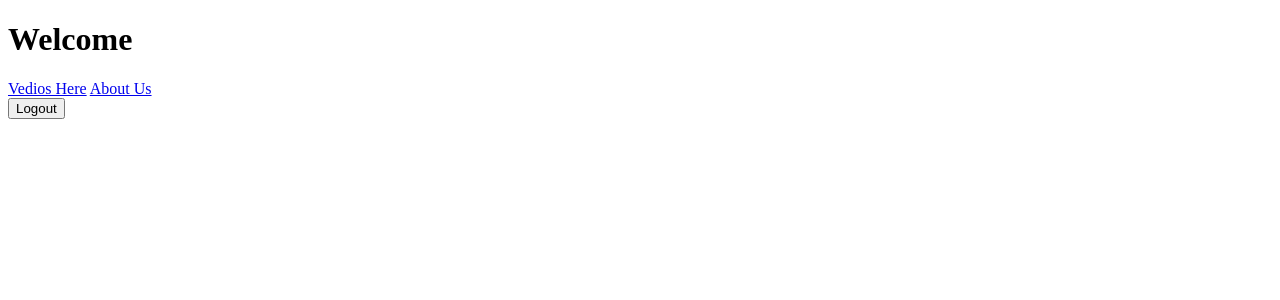
Repository: Kakarla-Manoj-Kumar/Login-Page
Page: http://localhost/Login/Welcome.jsp
An editor plug-in stored every save of this project. The page is shown before and after the next save, followed by the edit.
The browser window is 1280 px wide. The pictures show the whole page.
The page is served by Tomcat 10. The session is filled in as if someone had signed in: {"user": "testuser"}.

Above is the page before, as saved 2024-03-22 18:43:00.

After the next save:
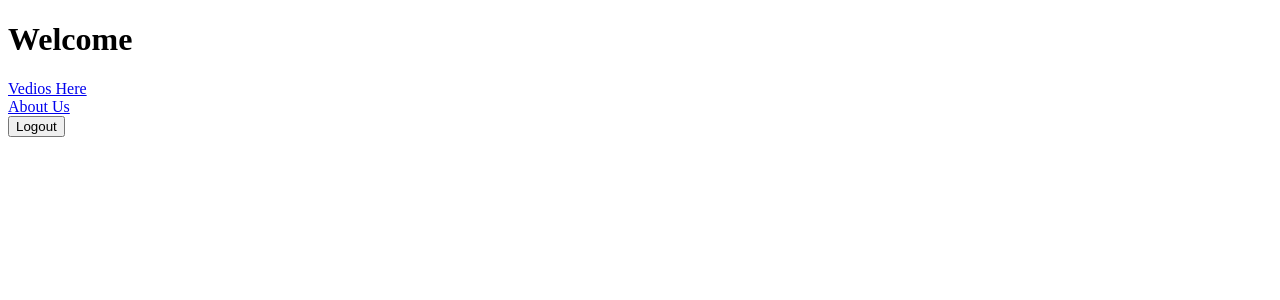
Saved 81 s later.
--- a/Login/src/main/webapp/Welcome.jsp
+++ b/Login/src/main/webapp/Welcome.jsp
@@ -15,8 +15,8 @@ if(session.getAttribute("user")==null){
 	response.sendRedirect("Login.jsp");
 }
 %>
-<a href="Vedios.jsp">Vedios Here</a>
-<a href="aboutus.jsp">About Us</a>
+<a href="Vedios.jsp">Vedios Here</a><br>
+<a href="aboutus.jsp">About Us</a><br>
 
 <form action="logout">
 <input type="submit" value="Logout" >
